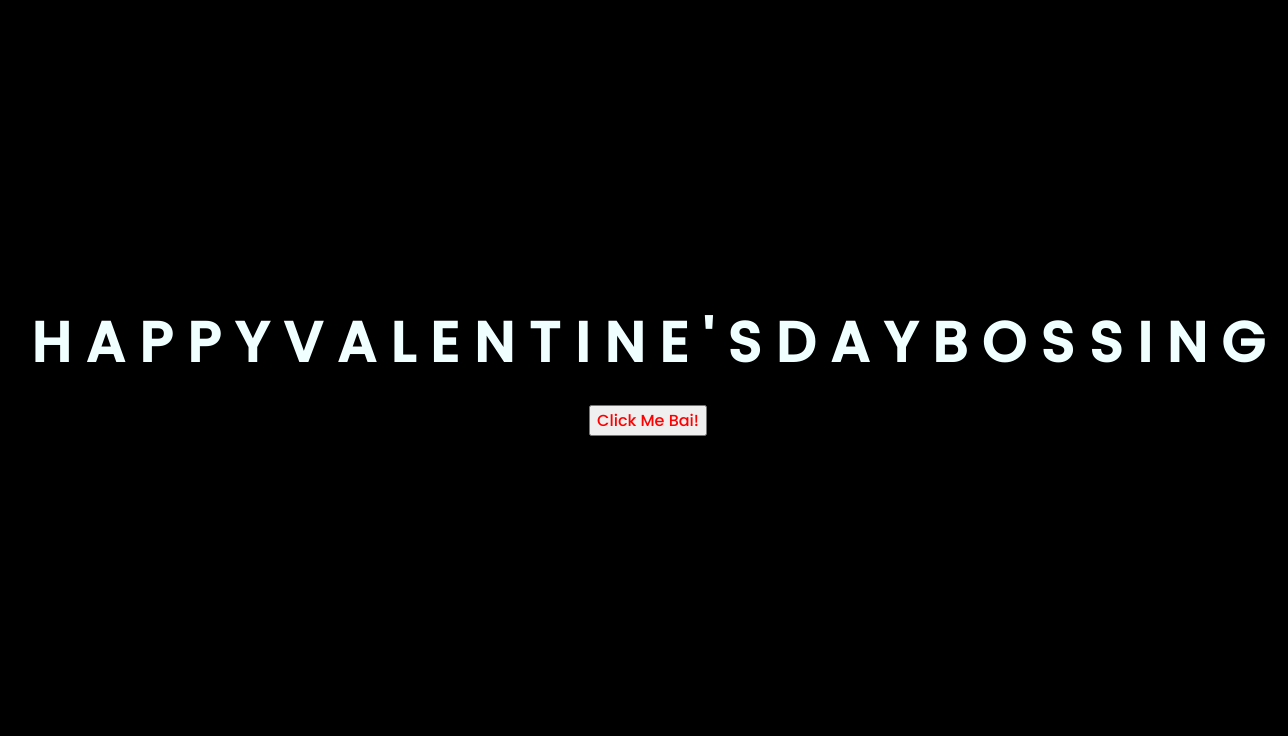
Repository: Iamfell/Valentines
Page: http://localhost/
These files come from the project's save history. The page is drawn as it stood at one moment and after the next save; the edit follows.
The browser window is 1280 px wide. The page is 1288 px wide, so the pictures cover 1288 px, including what lies to the right of the window. The pictures show the whole page.
The page is run by PHP 8.4 with error messages shown; the project is at /var/www/html/.

Above is the page before, as saved 2026-02-12 18:47:12.

After the next save:
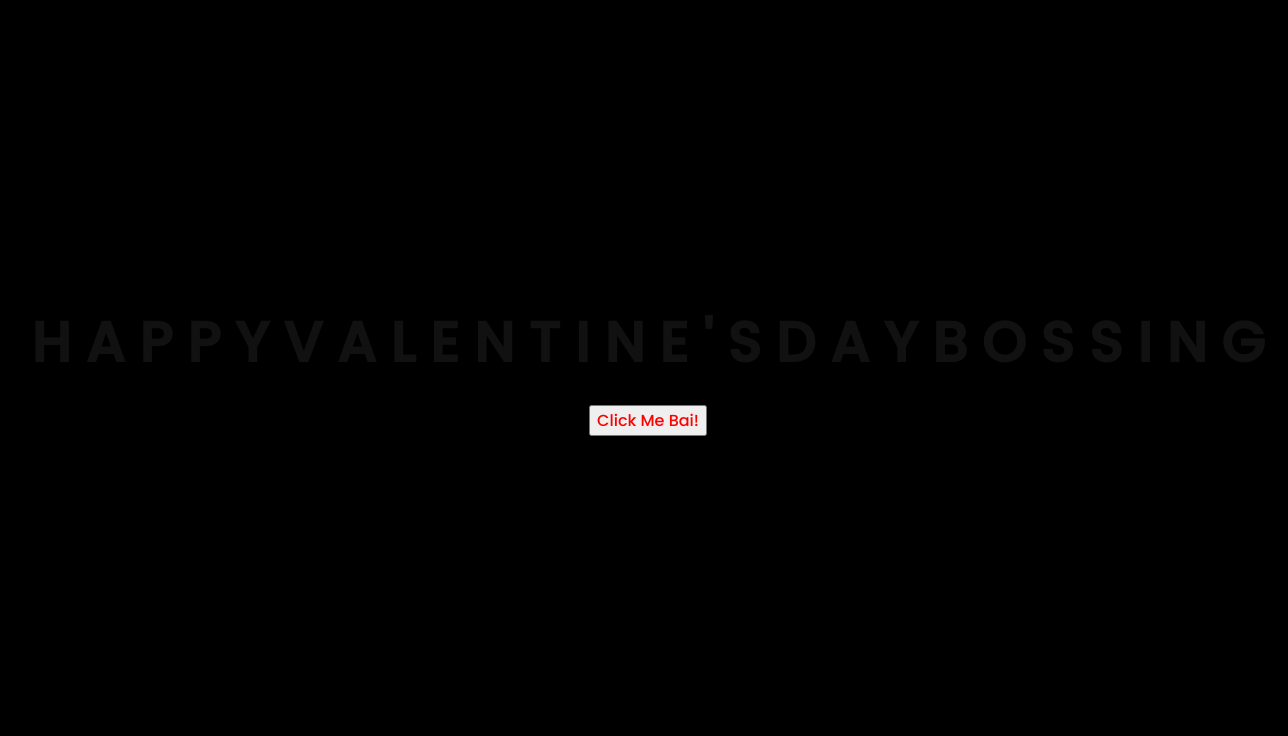
Saved 8 min 47 s later.
--- a/css/style.css
+++ b/css/style.css
@@ -17,7 +17,7 @@ body{
     font-weight: 600;
 }
 .greetings > span{
-    animation-delay: glow 10s ease-in-out infinite;
+    animation: glow 10s ease-in-out infinite;
 }
 @keyframes glow{
     0%, 100%{
